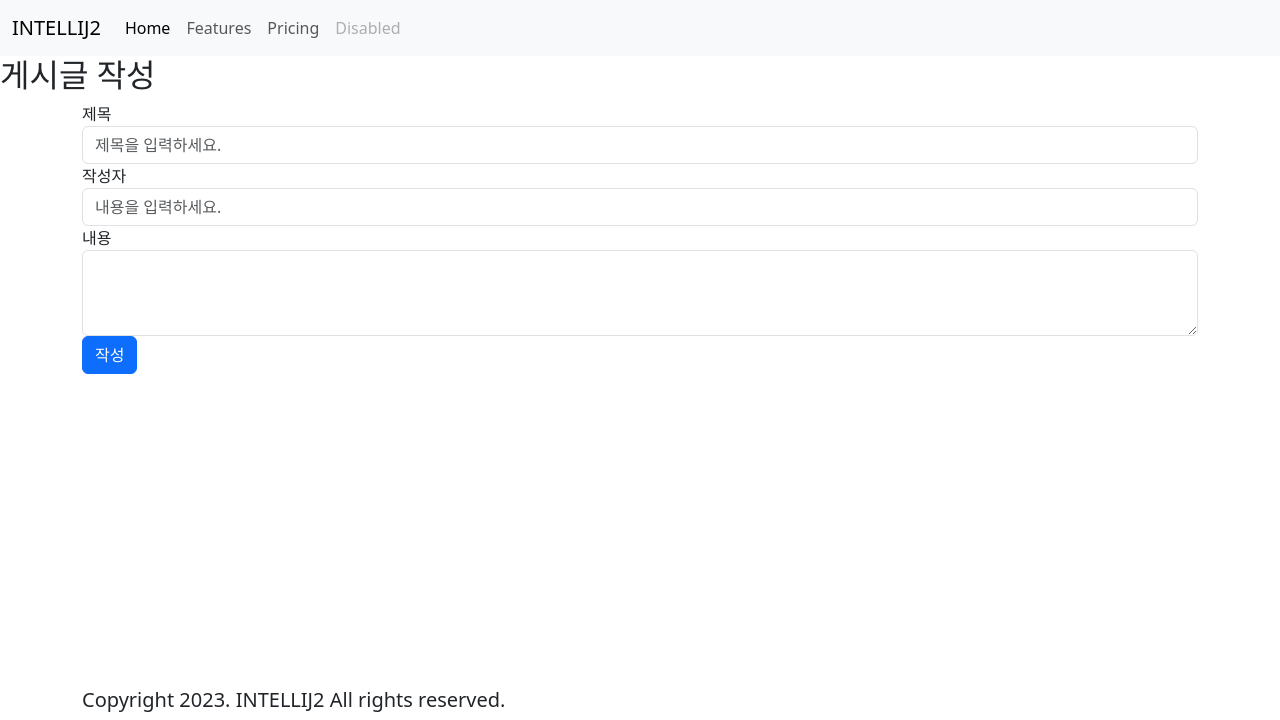
Repository: Jae-yi/JSPMybatis
Page: http://localhost/JspMybatisSub/WEB-INF/views/board/insert.jsp
The author's editor kept a copy of each file at every save. The page is drawn from the files as they stood at one save, then again after the next save.
The browser window is 1280 px wide. The pictures show the whole page.
The page is served by Tomcat 9. Nobody is signed in. The template is opened directly, without the code that normally fills it, so the values that code supplies are empty.

Above is the page before, as saved 2023-01-13 06:57:28.

After the next save:
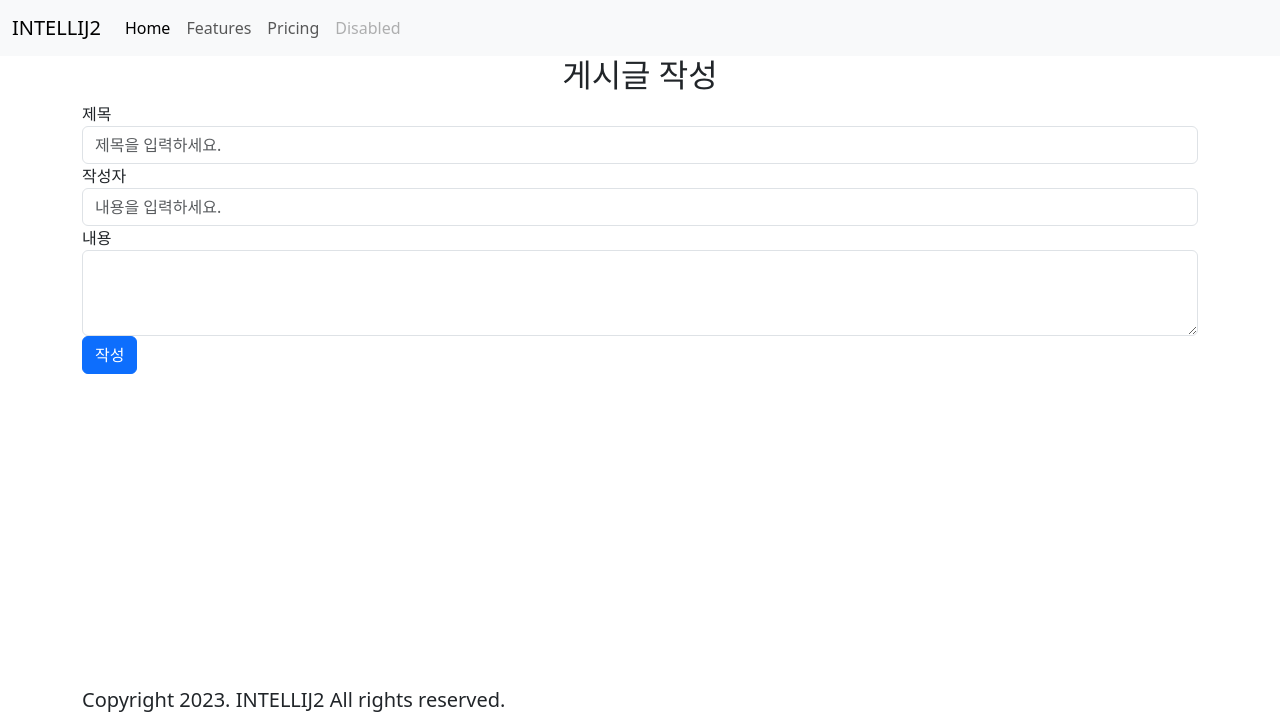
Saved 39 s later.
--- a/JspMybatisSub/src/main/webapp/WEB-INF/views/board/insert.jsp
+++ b/JspMybatisSub/src/main/webapp/WEB-INF/views/board/insert.jsp
@@ -9,7 +9,7 @@
 </head>
 <body>
 	<jsp:include page="../include/header.jsp"></jsp:include>
-	<h2 style="display: inline-block; textAlign: center">게시글 작성</h2>
+	<h2 style="text-align: center">게시글 작성</h2>
 
 	<div class="container">
 		<form action="/insertProc" method="post" style="gap: 1rem">
